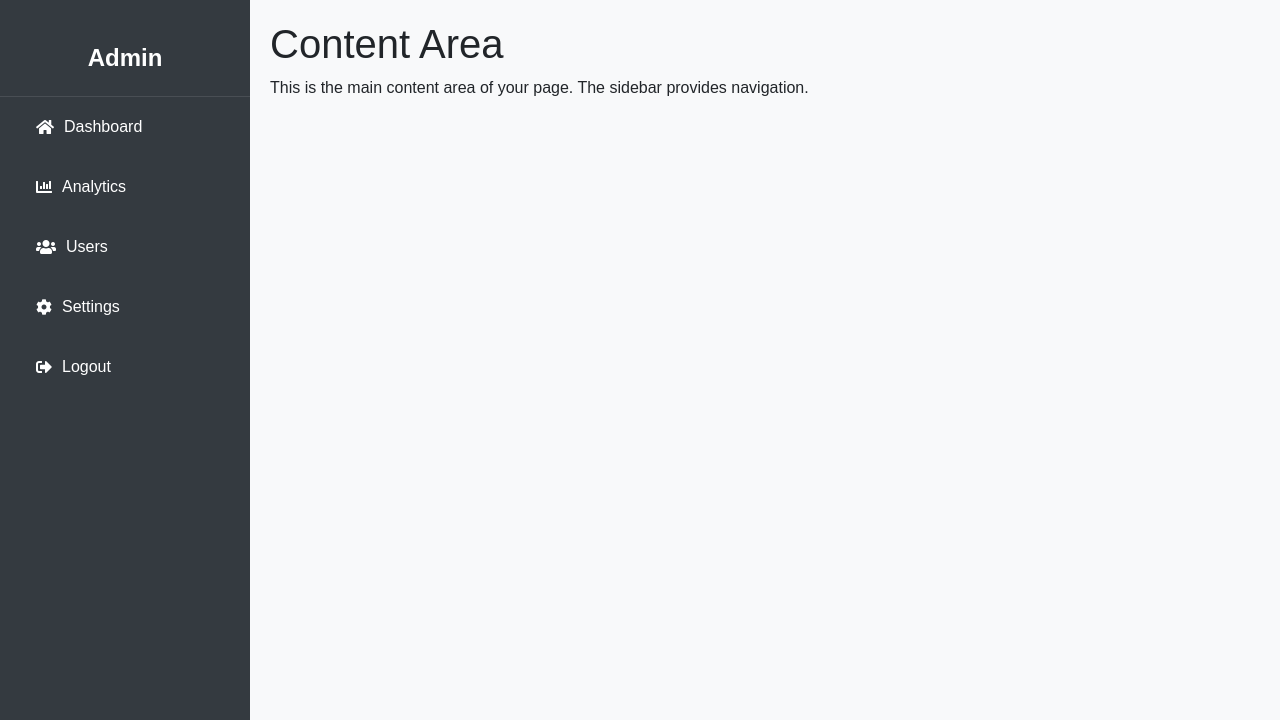
Repository: Darkrepo23/Ecommerce-Manalastas-project
Page: admin/dashboard.html
The author's editor kept a copy of each file at every save. The page is drawn from the files as they stood at one save, then again after the next save.
The browser window is 1280 px wide. The pictures show the whole page.
Some web libraries are served in a nearby version.

Above is the page before, as saved 2026-01-06 09:02:04.

After the next save:
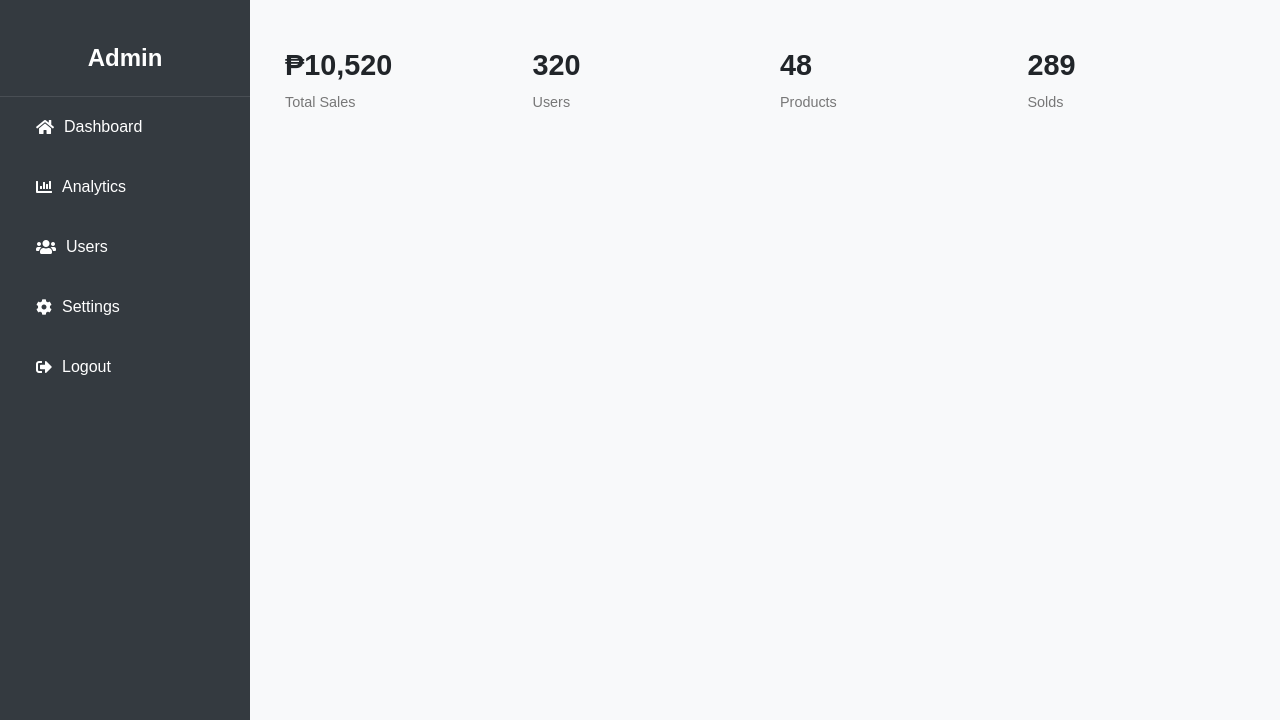
Saved 23 s later.
--- a/admin/dashboard.html
+++ b/admin/dashboard.html
@@ -1,5 +1,6 @@
 <!DOCTYPE html>
 <html lang="en">
+
 <head>
     <meta charset="UTF-8">
     <meta name="viewport" content="width=device-width, initial-scale=1.0">
@@ -57,8 +58,33 @@
             padding: 20px;
         }
 
+        <style>.stat-card {
+            padding: 20px;
+            border-radius: 12px;
+            background: #f8f9fa;
+            text-align: center;
+            box-shadow: 0 2px 8px rgba(0, 0, 0, 0.05);
+            transition: .2s;
+        }
+
+        .stat-card:hover {
+            transform: translateY(-3px);
+        }
+
+        .stat-value {
+            font-size: 1.8rem;
+            font-weight: bold;
+        }
+
+        .stat-title {
+            font-size: .9rem;
+            color: #777;
+            margin-top: 5px;
+        }
+    </style>
     </style>
 </head>
+
 <body>
 
     <div class="sidebar">
@@ -100,12 +126,48 @@
     </div>
 
     <div class="content">
-        <h1>Content Area</h1>
-        <p>This is the main content area of your page.  The sidebar provides navigation.</p>
+        <div class="container mt-4">
+    <div class="row g-3 justify-content-center">
+
+        <!-- Total Sales -->
+        <div class="col-6 col-md-3">
+            <div class="stat-card">
+                <div class="stat-value">₱10,520</div>
+                <div class="stat-title">Total Sales</div>
+            </div>
+        </div>
+
+        <!-- Users -->
+        <div class="col-6 col-md-3">
+            <div class="stat-card">
+                <div class="stat-value">320</div>
+                <div class="stat-title">Users</div>
+            </div>
+        </div>
+
+        <!-- Products -->
+        <div class="col-6 col-md-3">
+            <div class="stat-card">
+                <div class="stat-value">48</div>
+                <div class="stat-title">Products</div>
+            </div>
+        </div>
+
+        <!-- Sold Items -->
+        <div class="col-6 col-md-3">
+            <div class="stat-card">
+                <div class="stat-value">289</div>
+                <div class="stat-title">Solds</div>
+            </div>
+        </div>
+
+    </div>
+</div>
     </div>
 
     <script src="https://code.jquery.com/jquery-3.5.1.slim.min.js"></script>
     <script src="https://cdn.jsdelivr.net/npm/@popperjs/core@2.5.3/dist/umd/popper.min.js"></script>
     <script src="https://stackpath.bootstrapcdn.com/bootstrap/4.5.2/js/bootstrap.min.js"></script>
 </body>
+
 </html>
